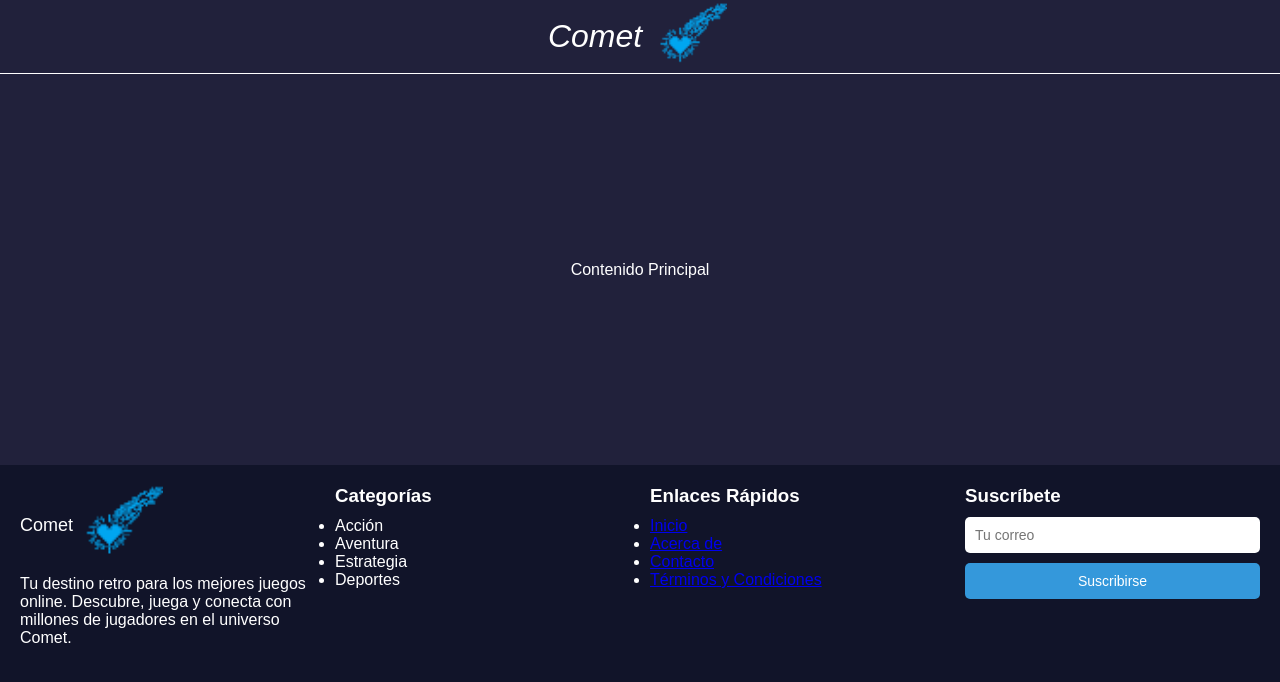
Repository: NahuCaporale/Interfaces
Page: TP2/home.html
An editor plug-in stored every save of this project. The page is shown before and after the next save, followed by the edit.
The browser window is 1280 px wide. The pictures show the whole page.
Some web fonts or font styles are not loaded; a fallback is used.

Above is the page before, as saved 2025-09-24 17:01:32.

### TP2/home.html
<!DOCTYPE html>
<html lang="en">

<head>
    <meta charset="UTF-8">
    <meta name="viewport" content="width=device-width, initial-scale=1.0">
    <link rel="stylesheet" href="estilos.css">
    <title>Comet</title>
</head>

<body>

    <div class="grid-container">
        <div class="nav">
            <div class="logo-container">
                <i class="logo-text">Comet</i>
                <img src="./assets/imgs/comet-logo2.png" alt="logo de cometa" class="logo">
            </div>
        </div>
        <main class="home">Contenido Principal</main>
        <footer class="footer">
            <div class="footer-column">
                <div class="footer-logo">
                    <span class="footer-logo-text">Comet</span>
                    <img src="./assets/imgs/comet-logo2.png" alt="logo de cometa" class="logo">
                </div>
                <p>Tu destino retro para los mejores juegos online.
                        Descubre, juega y conecta con millones
                        de jugadores en el universo Comet.
                    </p>
            </div>
            <div class="footer-column">
                <h3>Categorías</h3>
                <ul>
                    <li>Acción</li>
                    <li>Aventura</li>
                    <li>Estrategia</li>
                    <li>Deportes</li>
                </ul>
            </div>
            <div class="footer-column">
                <h3>Enlaces Rápidos</h3>
                <ul>
                    <li><a href="#">Inicio</a></li>
                    <li><a href="#">Acerca de</a></li>
                    <li><a href="#">Contacto</a></li>
                    <li><a href="#">Términos y Condiciones</a></li>
                </ul>
            </div>
            <div class="footer-column">
                <h3>Suscríbete</h3>
                <form class="subscribe-form">
                    <input type="email" placeholder="Tu correo" required>
                    <button type="submit">Suscribirse</button>
                </form>
            </div>
        </footer>
    </div>
</body>

</html>

### TP2/estilos.css
@import url('https://fonts.googleapis.com/css2?family=Mouse+Memoirs&display=swap');
* {
    margin: 0;
    padding: 0;
    box-sizing: border-box;
}

body {
    font-family: Arial, sans-serif;
}

.grid-container {
    display: grid;
    grid-template-rows: 74px 1fr 255px; /* Fila para nav, contenido y footer */
    grid-template-columns: repeat(6, 1fr); /* Seis columnas iguales */
    height: 100vh; /* Altura completa de la ventana */
}

.logo-text{
    font-size: 32px;
    font-family: 'Mouse Memoirs', sans-serif; /* Aplica la fuente importada */
    font-weight: normal;
}
.nav {
    grid-column: 1 / 7; /* Ocupa las 6 columnas */
    background-color: #21213B;
    color: white;
    display: flex;
    align-items: center;
    justify-content: center;
    border-bottom: white 1px solid;
}
.logo-container {
    display: flex;
    align-items: center; /* Alinea el logo y el texto verticalmente */
    gap: 10px; /* Espaciado entre el logo y el texto */
}

.home {
    grid-column: 1 / 7; /* Ocupa las 6 columnas */
    background-color: #21213B;
    color: white;
    display: flex;
    align-items: center;
    justify-content: center;
}
.footer {
    grid-column: 1 / 7; /* Ocupa las 6 columnas */
    background-color: #111429;
    color: white;
    display: grid;
    grid-template-columns: repeat(6, 1fr); /* Divide el footer en 6 columnas */
    gap: 20px; /* Espaciado entre columnas */
    padding: 10px;
}
.logo {
    width: 80px;
    height: 70px;
    object-fit: contain; /* Asegura que la imagen mantenga su proporción */
}

/*footer*/
.footer {
    grid-column: 1 / 7; /* Ocupa las 6 columnas */
    background-color: #111429;
    color: white;
    display: grid;
    grid-template-columns: repeat(4, 1fr); /* Divide el footer en 4 columnas iguales */
    gap: 20px; /* Espaciado entre columnas */
    padding: 20px;
    align-items: start; /* Asegura que el contenido de las columnas se alinee al inicio */
}

.footer-column {
    display: flex;
    flex-direction: column;
    gap: 10px; /* Espaciado entre los elementos de cada columna */
}

.footer-logo {
     display: flex;
    align-items: center; /* Centra todo horizontalmente */
    gap: 10px; /* Espaciado entre la fila del logo y la frase */
    text-align: center;
}

.footer-logo img {
    width: 80px;
    height: auto;
}

.footer-logo-text {
    font-size: 18px;
    font-family: 'Mouse Memoirs', sans-serif;
    color: white;
}

.subscribe-form {
    display: flex;
    flex-direction: column;
    gap: 10px;
}

.subscribe-form input {
    padding: 10px;
    border: none;
    border-radius: 5px;
    font-size: 14px;
    width: 100%; /* Asegura que el input no se desborde */
}

.subscribe-form button {
    padding: 10px;
    background-color: #3498db;
    color: white;
    border: none;
    border-radius: 5px;
    cursor: pointer;
    font-size: 14px;
}

.subscribe-form button:hover {
    background-color: #2980b9;
}

After the next save:
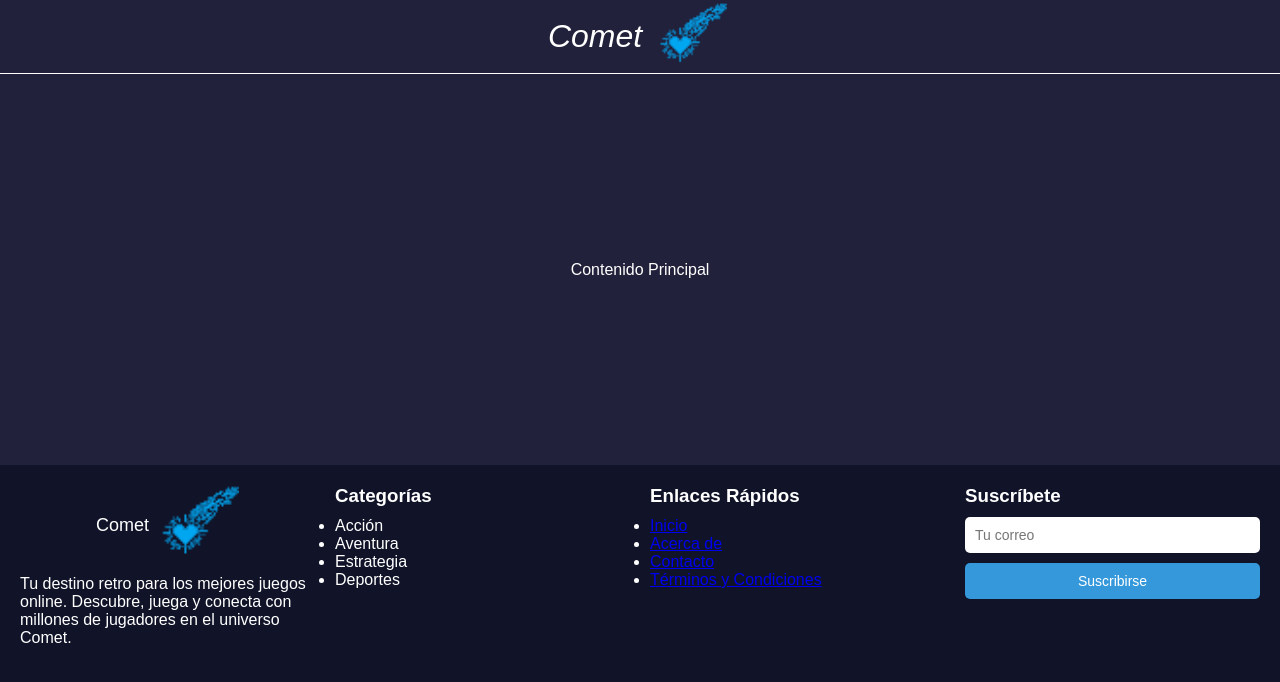
Saved 61 s later.
--- a/TP2/estilos.css
+++ b/TP2/estilos.css
@@ -82,6 +82,8 @@
     align-items: center; /* Centra todo horizontalmente */
     gap: 10px; /* Espaciado entre la fila del logo y la frase */
     text-align: center;
+        justify-content: center; /* Centra los elementos verticalmente */
+
 }
 
 .footer-logo img {
